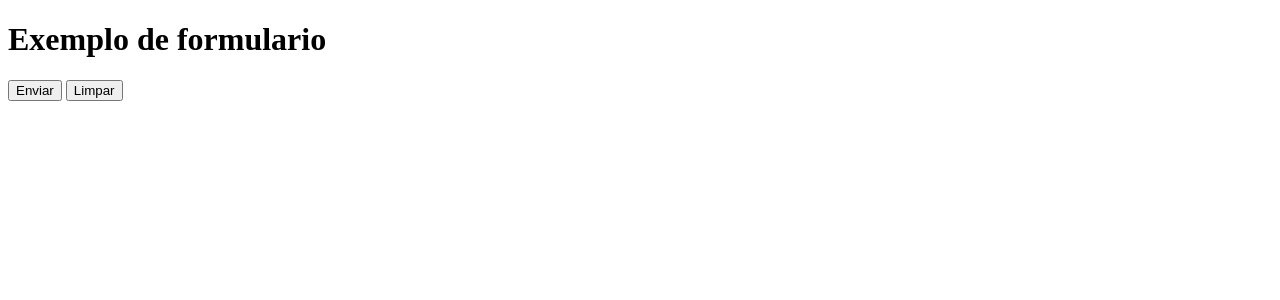
Repository: Lucianorodriguesdev/cursoHTML-CSS
Page: ex025/form007.html
An editor plug-in stored every save of this project. The page is shown before and after the next save, followed by the edit.
The browser window is 1280 px wide. The pictures show the whole page.

Above is the page before, as saved 2026-07-10 12:46:39.

### ex025/form007.html
<!DOCTYPE html>
<html lang="pt-br">
<head>
    <meta charset="UTF-8">
    <meta name="viewport" content="width=device-width, initial-scale=1.0">
    <title>Formulario</title>
</head>
<body>
    <h1>Exemplo de formulario</h1>
    <form action="formulario.php" method="get">
        <p>

        </p>
        <p>
            <input type="submit" value="Enviar">
            <input type="reset" value="Limpar">
        </p>
    </form>
</body>
</html>

After the next save:
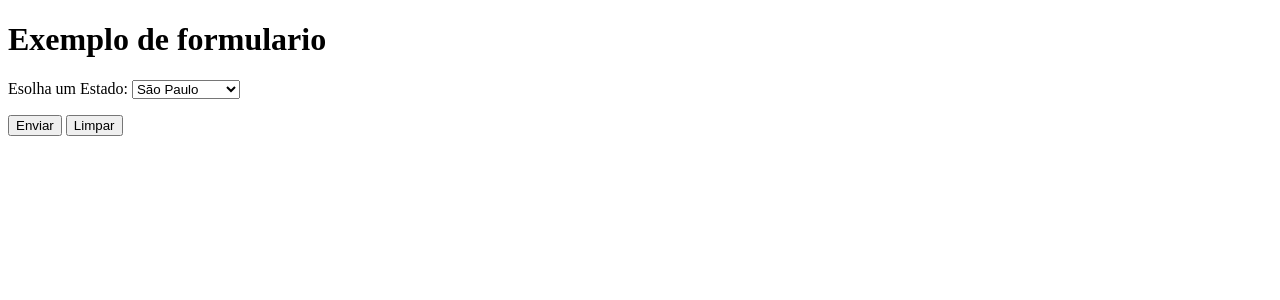
Saved 3 min 33 s later.
--- a/ex025/form007.html
+++ b/ex025/form007.html
@@ -9,7 +9,13 @@
     <h1>Exemplo de formulario</h1>
     <form action="formulario.php" method="get">
         <p>
-
+            <label for="iestado">Esolha um Estado:</label>
+            <select name="estado" id="iestado">
+                <option value="SP">São Paulo</option>
+                <option value="RJ">Rio de Janeiro</option>
+                <option value="PR">Parana</option>
+                <option value="MS">Mato Grosso</option>
+            </select>
         </p>
         <p>
             <input type="submit" value="Enviar">
